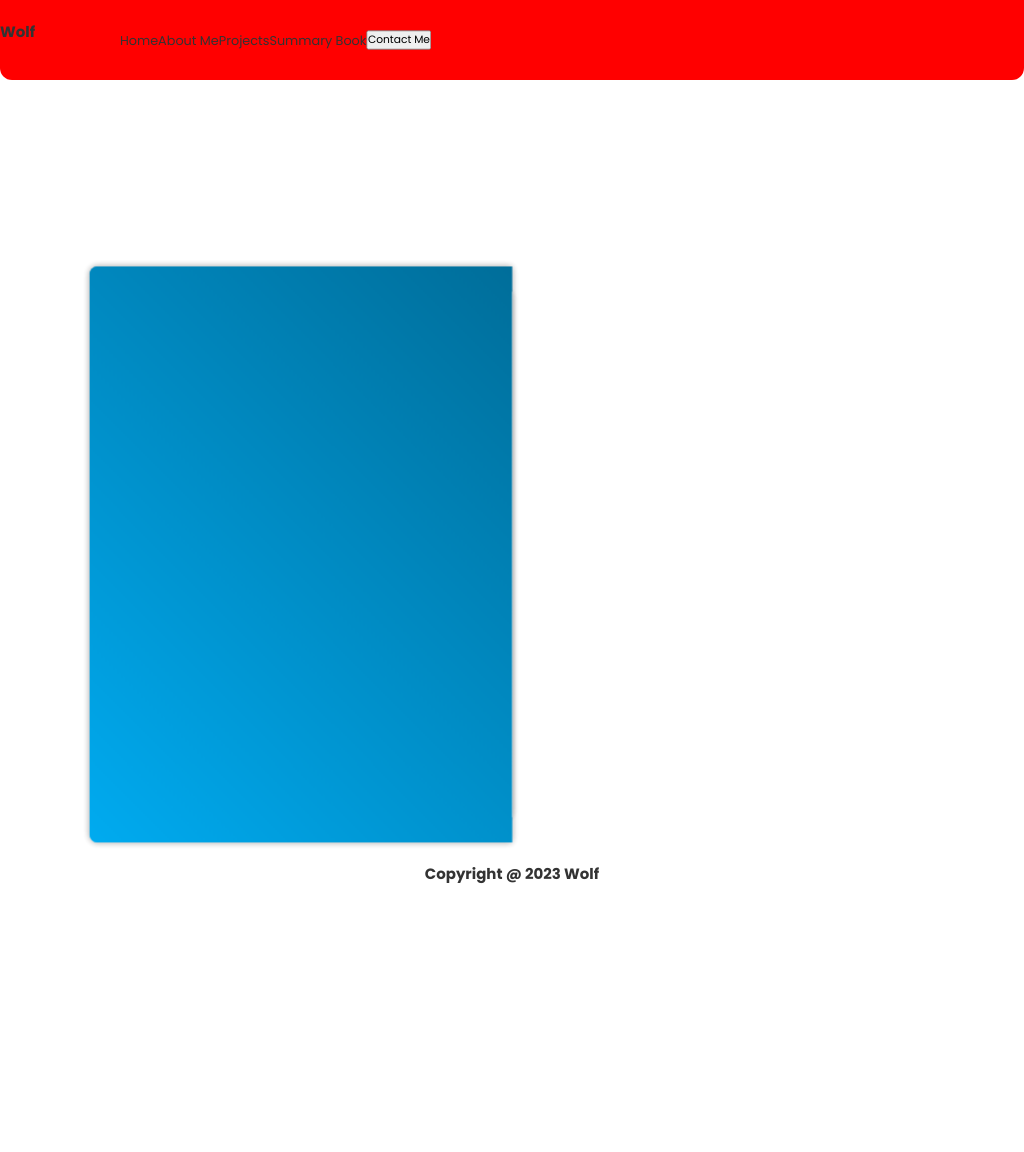
Repository: Ego-Wolf/Portfolio
Page: index.html
The author's editor kept a copy of each file at every save. The page is drawn from the files as they stood at one save, then again after a run of saves.
The browser window is 1280 px wide. The pictures show the whole page, at 80% of full size.
Pictures or frames that could not be fetched are drawn as grey boxes.

Above is the page before, as saved 2023-12-14 16:29:30.

After the next 4 saves:
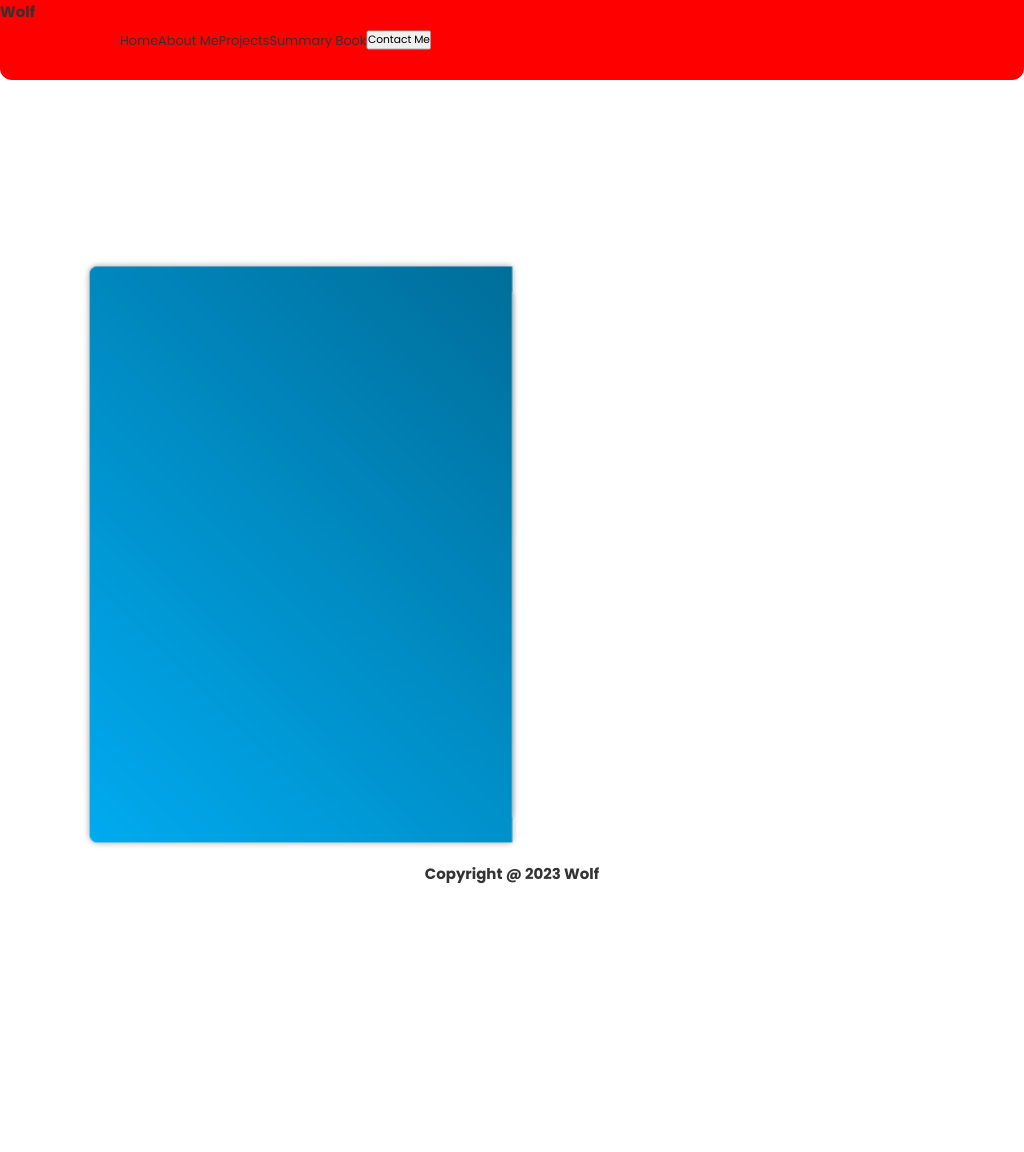
The 4 saves are shown as one change because they came seconds apart.
The last was saved 10 s later.
--- a/index.html
+++ b/index.html
@@ -17,9 +17,7 @@
     <div class="section">
         <!-- Header -->
         <div class="header">
-            <span>
-                <img src="" alt=""><h3>Wolf</h3>
-            </span>
+            <img src="" alt=""><h3>Wolf</h3>
             <ul>
                 <li>Home</li>
                 <li>About Me</li>
